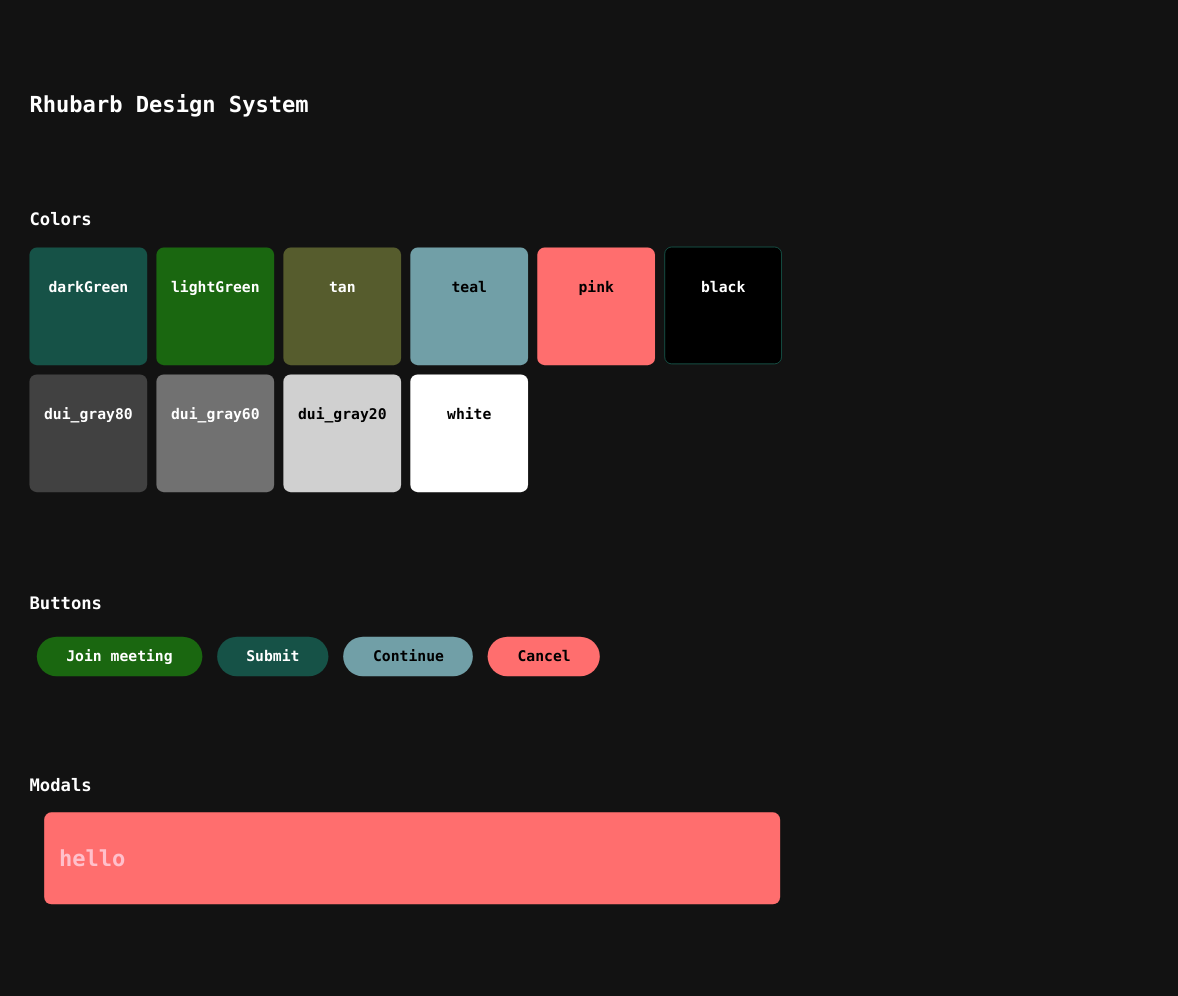
Repository: kttalley/designing-with-data_react-class
Page: / (app in lesson6_design-system-component-extension/)
The author's editor kept a copy of each file at every save. The page is drawn from the files as they stood at one save, then again after the next save.
The browser window is 1280 px wide. The pictures show the whole page, at 92% of full size.
The project was rebuilt for these pictures with package versions that can differ from the ones it lists, and the page was loaded fresh each time. Imported but missing from the stored project, and not drawn on this page: lesson6_design-system-component-extension/src/Rhubarb/Input.

Above is the page before, as saved 2023-08-31 13:43:30.

After the next save:
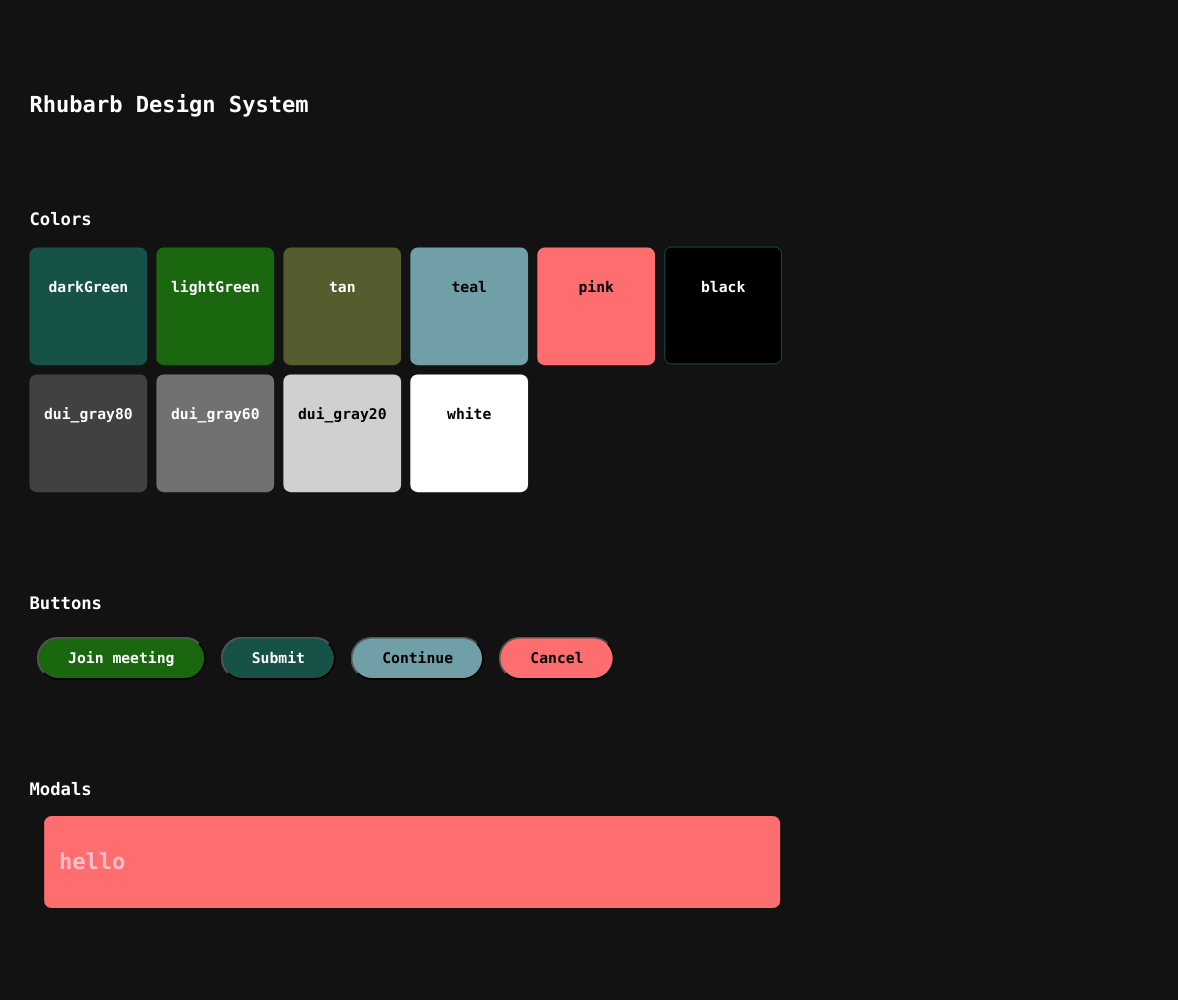
Saved 4 min 25 s later.
--- a/lesson6_design-system-component-extension/src/Rhubarb/Button.js
+++ b/lesson6_design-system-component-extension/src/Rhubarb/Button.js
@@ -9,7 +9,7 @@
   font-family: menlo;
   font-weight: bold;
   font-size: ${fontSize[1]};
-  border: none;
+
   transition: 0.1s all ease;
   padding: ${space[2] + 4 + 'px'} ${space[4] + 'px'};
 
@@ -19,4 +19,6 @@
     transform: scale(1.1);
   }
 
+  ${props => props.size === 'lg'}
+
 `;

After the 4 saves that followed:
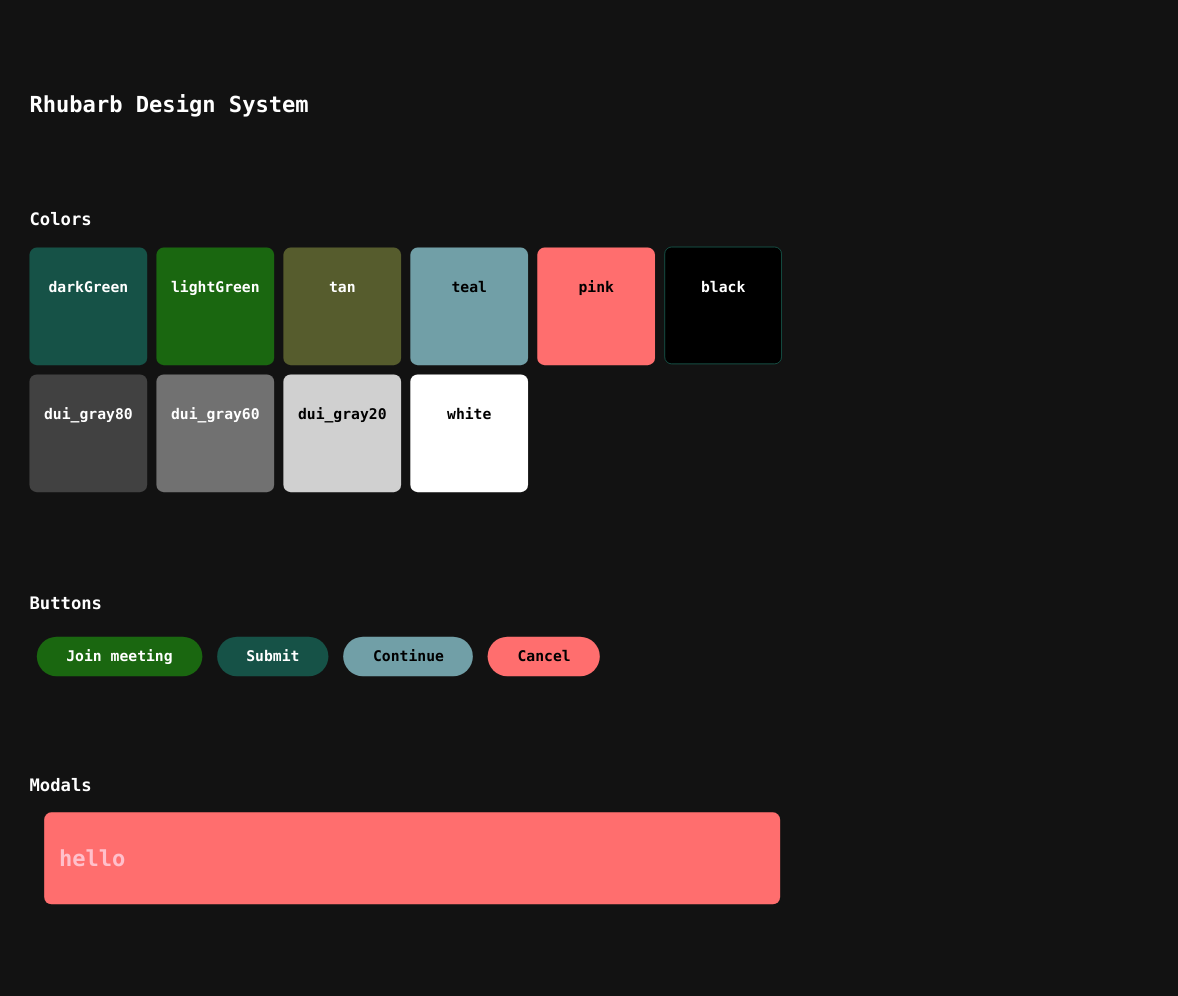
The 4 saves are shown as one change because 2 left the picture as it was and some came seconds apart.
The last was saved 46 s later.
--- a/lesson6_design-system-component-extension/src/Rhubarb/Button.js
+++ b/lesson6_design-system-component-extension/src/Rhubarb/Button.js
@@ -9,7 +9,7 @@
   font-family: menlo;
   font-weight: bold;
   font-size: ${fontSize[1]};
-
+  border: ${color.pink};
   transition: 0.1s all ease;
   padding: ${space[2] + 4 + 'px'} ${space[4] + 'px'};
 
